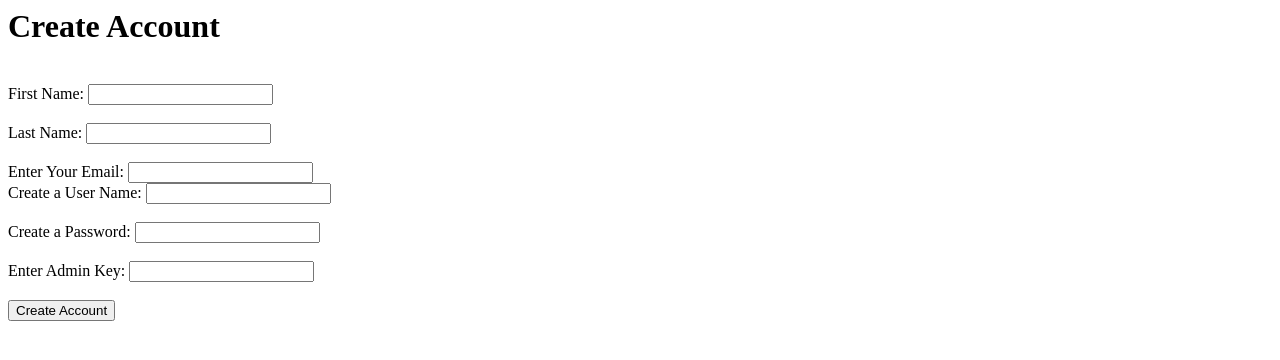
Repository: Sadiki/Expense_Reimbursement_System
Page: Ers_Project/src/main/webapp/partials/create_account.html
These files come from the project's save history. The page is drawn as it stood at one moment and after the next save; the edit follows.
The browser window is 1280 px wide. The pictures show the whole page.

Above is the page before, as saved 2018-11-07 04:36:28.

After the next save:
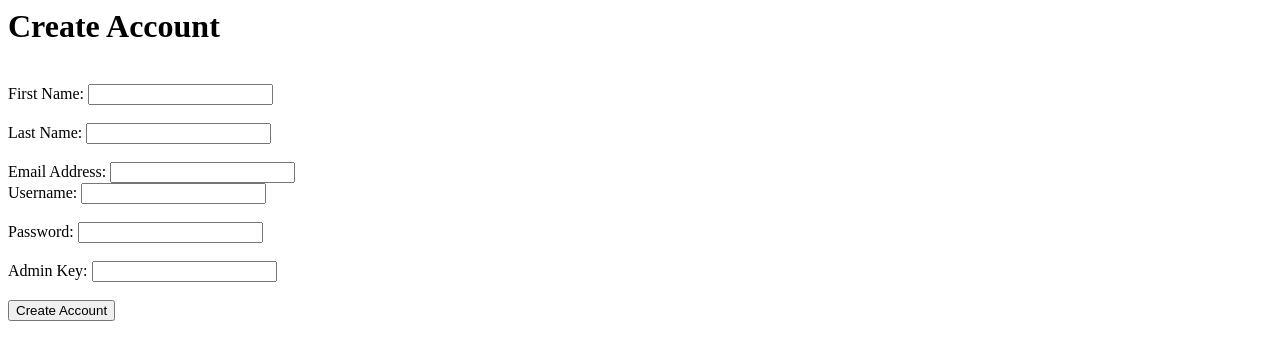
Saved 76 s later.
--- a/Ers_Project/src/main/webapp/partials/create_account.html
+++ b/Ers_Project/src/main/webapp/partials/create_account.html
@@ -10,18 +10,18 @@
 	<input id='lastname'class='register'type='text'>
     <br/>
     <br/>
-    Enter Your Email:
+    Email Address:
     <input id='email'class='register'type='text'>
     <br/>
-    Create a User Name:
+    Username:
     <input id='username'class='register'type='text'>
     <br/>
     <br/>
-    Create a Password:
+    Password:
     <input id='password'class='register'type='password'>
     <br/>
     <br/>
-    Enter Admin Key:
+    Admin Key:
     <input id='admin_key' type='password'>
     </form>
     <br/>
